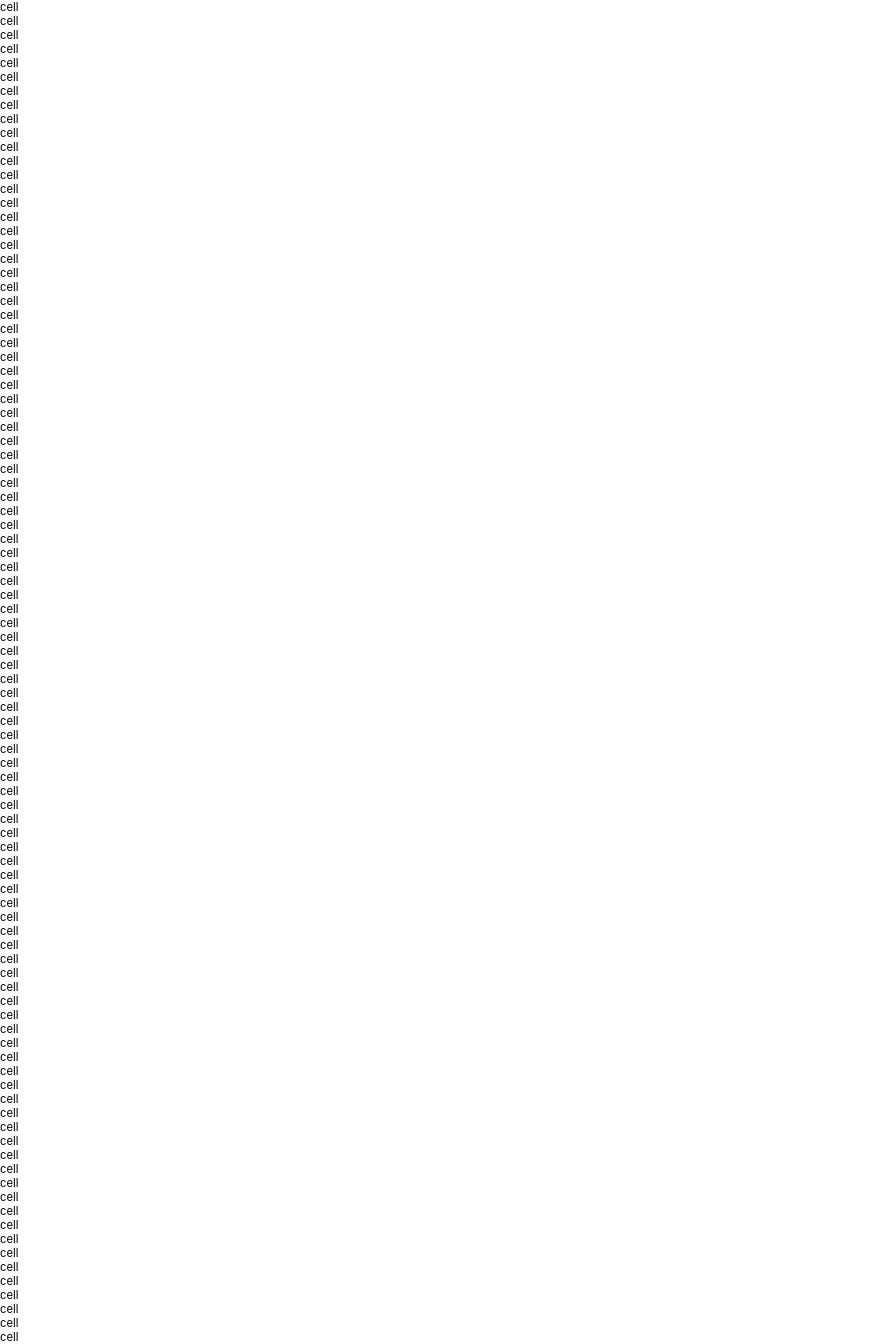
Repository: dpeshevski/reack-hooks-tetris
Page: /
An editor plug-in stored every save of this project. The page is shown before and after the next save, followed by the edit.
The browser window is 1280 px wide. The pictures show the part of the page from y = 0 to 1920 px (the page is 4880 px tall), at 70% of full size.
The project was rebuilt for these pictures with package versions that can differ from the ones it lists, and the page was loaded fresh each time.

Above is the page before, as saved 2020-11-21 22:13:40.

### src/components/Tetris.js
import React from 'react';

import { createStage } from '../gameHelpers';

// Components
import Stage from './Stage';
import Display from './Display';
import StartButton from './StartButton';

const Tetris = () => {
  return (
    <div>
      <Stage stage={createStage()} />
      <aside>
        <div>
          <Display text="Score" />
          <Display text="Rows" />
          <Display text="Level" />
        </div>
        <StartButton />
      </aside>
    </div>
  )
};

export default Tetris;

### src/gameHelpers.js
export const STAGE_WIDTH = 12;
export const STAGE_HEIGHT = 20;

export const createStage = () =>
  Array.from(Array(STAGE_HEIGHT), () =>
    new Array(STAGE_WIDTH).fill([0, 'clear'])
  )

### src/components/Stage.js
import React from 'react';

import Cell from './Cell';

const Stage = ({ stage }) => (
  <div>
    {stage.map(row => row.map((cell, x) => <Cell key={x} type={cell[0]} />))}
  </div>
);

export default Stage;

### src/components/Display.js
import React from 'react';

const Display = ({ gameOver, text }) => (
  <div>{text}</div>
);

export default Display;

### src/components/StartButton.js
import React from 'react';

const StartButton = ({ callback }) => (
  <div>Start Game</div>
);

export default StartButton;

### src/components/Cell.js
import React from 'react';
import { StyledCell } from './styles/StyledCell';
import { TETROMINOS } from '../tetrominos';

const Cell = ({ type }) => (
  <StyledCell type={type}>cell</StyledCell>
);

export default Cell;

### src/components/styles/StyledCell.js
import styled from 'styled-components';

export const StyledCell = styled.div`
  width: auto;
  background: rgba(${props => props.color}, 0.8);
`

### src/tetrominos.js
export const TETROMINOS = {
  0: { shape: [[0]], color: '0, 0, 0' },
  I: {
    shape: [
      [0, 'I', 0, 0],
      [0, 'I', 0, 0],
      [0, 'I', 0, 0],
      [0, 'I', 0, 0]
    ],
    color: '80, 227, 230'
  },
  G: {
    shape: [
      [0, 'J', 0],
      [0, 'J', 0],
      ['J', 'J', 0]
    ],
    color: '36, 95, 223'
  },
  L: {
    shape: [
      [0, 'L', 0],
      [0, 'L', 0],
      [0, 'L', 'L']
    ],
    color: '223, 173, 36'
  },
  O: {
    shape: [
      ['O', 'O'],
      ['O', 'O'],
    ],
    color: '223, 217, 36'
  },
  S: {
    shape: [
      [0, 'S', 'S'],
      ['S', 'S', 0],
      [0, 0, 0]
    ],
    color: '48, 211, 56'
  },
  T: {
    shape: [
      [0, 0, 0],
      ['T', 'T', 'T'],
      [0, 'L', 0]
    ],
    color: '132, 61, 198'
  },
  Z: {
    shape: [
      ['Z', 'Z', 0],
      [0, 'Z', 'Z'],
      [0, 0, 0]
    ],
    color: '227, 78, 78'
  },
}

export const randomTetromino = () => {
  const tetrominos = 'IJLOSTZ';
  const randTetromino =
    tetrominos[Math.floor(Math.random() * tetrominos.length)];
  return TETROMINOS[randTetromino];
}

Loaded but not shown: public/index.html (common file); src/index.js (common file); src/index.css (common file); src/App.js (common file); src/reportWebVitals.js (common file)

After the next save:
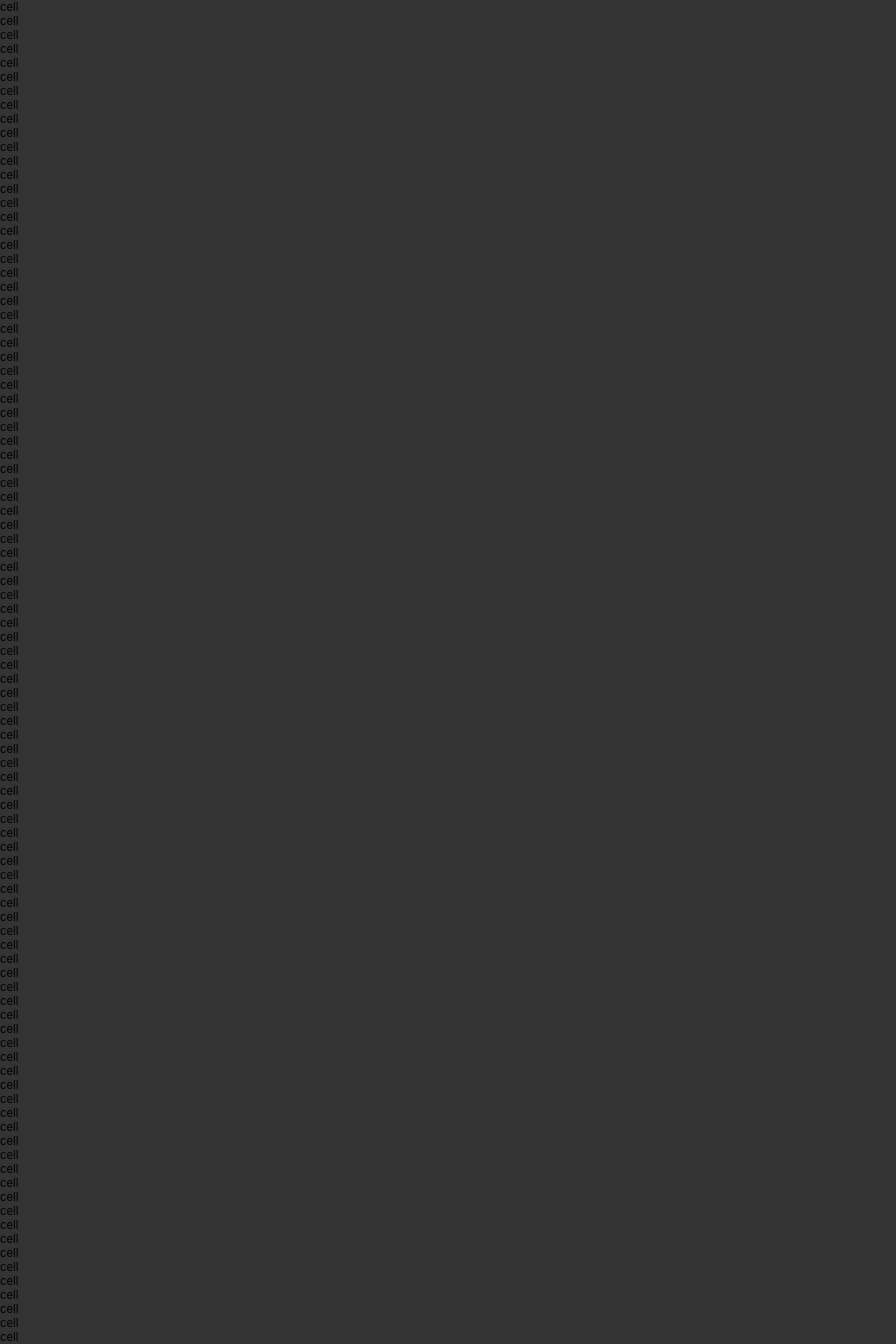
Saved 38 s later.
--- a/src/components/Cell.js
+++ b/src/components/Cell.js
@@ -3,7 +3,7 @@ import { StyledCell } from './styles/StyledCell';
 import { TETROMINOS } from '../tetrominos';
 
 const Cell = ({ type }) => (
-  <StyledCell type={type}>cell</StyledCell>
+  <StyledCell type={type} color={TETROMINOS[type].color}>cell</StyledCell>
 );
 
 export default Cell;
